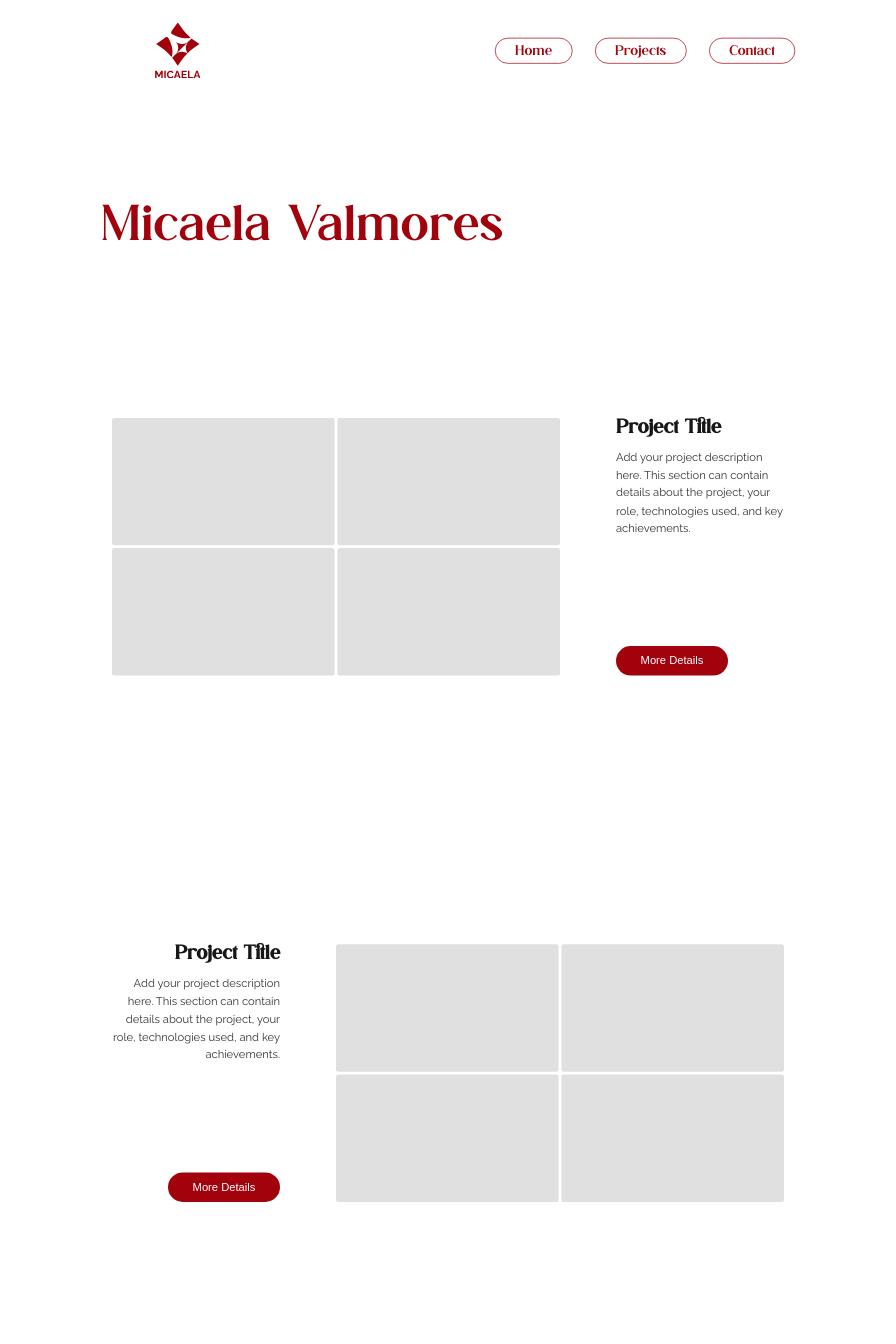
Repository: Micaelavalmores/Micaela-Portfolio
Page: /home-page
An editor plug-in stored every save of this project. The page is shown before and after a run of saves, followed by the edit.
The browser window is 1280 px wide. The pictures show the part of the page from y = 0 to 1920 px (the page is 3429 px tall), at 70% of full size.
The project was rebuilt for these pictures with package versions that can differ from the ones it lists, and the page was loaded fresh each time. The framework's server and built-in components were replaced by stand-ins that run in the browser. Also part of the build but not shown: next.config.mjs.

Above is the page before, as saved 2026-01-27 12:53:17.

### app/layout.js

import { Geist } from "next/font/google";
import { Raleway } from "next/font/google";
import "./globals.css";

const geistSans = Geist({
  variable: "--font-geist-sans",
  subsets: ["latin"],
});

const raleway = Raleway({
  variable: "--font-raleway",
  subsets: ["latin"],
});



export const metadata = {
  title: "Micaela Valmores",
  description: "Generated by create next app",
  icons: {
    icon: "/logos/micaela-logo.svg",
  },
};

export default function RootLayout({ children }) {
  return (
    <html lang="en">
      <body className={`${raleway.variable}`}>
        {children}
      </body>
    </html>
  );
}

### app/home-page/page.js
import Link from 'next/link'
import styles from '../page.module.css'
import FtProj from '../components/FtProj'
import Navbar from '../components/Navbar'

export default function HomePage() {
  return (
    <main className={styles.page}>
      <nav className='Nav-bar'>
        </nav>
      <Navbar />
      <div className={styles['intro-sec']}>
        <h1>Micaela Valmores</h1>
      </div>
      <div className={styles['Proj-sec']}>
        <FtProj reversed={false}/>
        <FtProj reversed={true} />
        <FtProj reversed={false}/>
        <FtProj reversed={true} />
      </div>
    </main>
  )
}

### app/globals.css
:root {
  --background: #ffffff;
  --foreground: #171717;
  --font-ghaista: 'Ghaista', var(--font-raleway);
}

@font-face {
  font-family: 'Ghaista';
  src: url('/fonts/Ghaitsa.ttf') format('truetype');
  font-weight: 400;
  font-style: normal;
  font-display: swap;
}

@media (prefers-color-scheme: dark) {
  :root {
    --background: #0a0a0a;
    --foreground: #ffffff;
  }
}

html,
body {
  max-width: 100vw;
  overflow-x: hidden;
}

body {
  color: var(--foreground);
  background: var(--background);
  font-family: var(--font-raleway);
  -webkit-font-smoothing: antialiased;
  -moz-osx-font-smoothing: grayscale;
}

* {
  box-sizing: border-box;
  padding: 0;
  margin: 0;
}

a {
  color: inherit;
  text-decoration: none;
}

@media (prefers-color-scheme: dark) {
  html {
    color-scheme: dark;
  }
}

/* Horizontal page margins */
body {
  margin-left: 10rem;
  margin-right: 10rem;
}

/* Tablet: screens between iPhone and iPad */
@media (min-width: 430px) and (max-width: 1024px) {
  body {
    margin-left: 4rem;
    margin-right: 4rem;
  }
}

/* iPad Pro 13in — reduce margins to 7rem */
@media (min-width: 1024px) and (max-width: 1366px) {
  body {
    margin-left: 7rem;
    margin-right: 7rem;
  }
}

/* Mobile horizontal margins: any width smaller than 430px */
@media (max-width: 430px) {
  body {
    margin-left: 3rem;
    margin-right: 3rem;
  }
}

### app/page.module.css
.page {
  --background: #ffffff;
  --foreground: #fff;

  --text-primary: #000;
  --text-secondary: #666;



  display: grid;
  grid-template-columns: 1fr;
  min-height: 100vh;
  font-family: var(--font-geist-sans);
  background-color: var(--background);
}

.Proj-sec {
  display: flex;
  flex-direction: column;
  align-items: center;
  gap: 2rem;
  padding: 2rem 0;
  background-color: #ffff;
}

.intro-sec {
  display: flex;
  flex-direction: row;
  align-items: start;
  gap: 1rem;
  padding: 2rem;
  background-color: #ffff;
}

.intro-sec h1 {
  font-size: 4.5rem;
  font-weight: 500;
  margin: 0;
  padding: 7rem 0 0;
  font-family: ghaista;
  color: #A2020C;
}

.main {
  display: flex;
  min-height: 100vh;
  width: 100%;
  max-width: 800px;
  flex-direction: column;
  align-items: flex-start;
  justify-content: space-between;
  background-color: var(--foreground);
  padding: 120px 60px;
}

.intro {
  display: flex;
  flex-direction: column;
  align-items: flex-start;
  text-align: left;
  gap: 24px;
}

.intro h1 {
  max-width: 320px;
  font-size: 40px;
  font-weight: 600;
  line-height: 48px;
  letter-spacing: -2.4px;
  text-wrap: balance;
  color: var(--text-primary);
}

.intro p {
  max-width: 440px;
  font-size: 18px;
  line-height: 32px;
  text-wrap: balance;
  color: var(--text-secondary);
}

.intro a {
  font-weight: 500;
  color: var(--text-primary);
}

.ctas {
  display: flex;
  flex-direction: row;
  width: 100%;
  max-width: 440px;
  gap: 16px;
  font-size: 14px;
}

.ctas a {
  display: flex;
  justify-content: center;
  align-items: center;
  height: 40px;
  padding: 0 16px;
  border-radius: 128px;
  border: 1px solid transparent;
  transition: 0.2s;
  cursor: pointer;
  width: fit-content;
  font-weight: 500;
}

a.primary {
  background: var(--text-primary);
  color: var(--background);
  gap: 8px;
}

a.secondary {
  border-color: var(--button-secondary-border);
}

/* Enable hover only on non-touch devices */
@media (hover: hover) and (pointer: fine) {
  a.primary:hover {
    background: var(--button-primary-hover);
    border-color: transparent;
  }

  a.secondary:hover {
    background: var(--button-secondary-hover);
    border-color: transparent;
  }
}

@media (max-width: 600px) {
  .main {
    padding: 48px 24px;
  }

  .intro {
    gap: 16px;
  }

  .intro h1 {
    font-size: 32px;
    line-height: 40px;
    letter-spacing: -1.92px;
  }
}

@media (prefers-color-scheme: dark) {
  .logo {
    filter: invert();
  }

  .page {
    --background: #000;
    --foreground: #000;

    --text-primary: #ededed;
    --text-secondary: #999;

    --button-primary-hover: #ccc;
    --button-secondary-hover: #1a1a1a;
    --button-secondary-border: #1a1a1a;
  }
}

### app/components/FtProj.js
'use client';

import styles from './FtProj.module.css';

/*
  HOW TO USE:
  The FtProj component has two layout states controlled by the reversed prop:
  1. Default (reversed={false}): Images on left, text on right (left-justified)
  2. Reversed (reversed={true}): Text on left (right-justified), images on right

  Layout changes can only be controlled in the backend by passing the reversed prop.
  Users cannot change the layout.

  Usage examples:
  <FtProj /> - Standard layout
  <FtProj reversed={true} /> - Reversed layout
*/

export default function FtProj({ reversed = false }) {
  return (
    <div className={`${styles.container} ${reversed ? styles.reversed : ''}`}>
      {/* Left Column - Text (if reversed) / Images (if standard) */}
      {!reversed ? (
        // Standard: Images on left
        <div className={styles.imagesColumn}>
          <div className={styles.imagePlaceholder}></div>
          <div className={styles.imagePlaceholder}></div>
          <div className={styles.imagePlaceholder}></div>
          <div className={styles.imagePlaceholder}></div>
        </div>
      ) : (
        // Reversed: Text on left
        <div className={styles.textColumn}>
          <div className={styles.textContent}>
            <h2>Project Title</h2>
            <p>Add your project description here. This section can contain details about the project, your role, technologies used, and key achievements.</p>
          </div>
          <button className={styles.projectButton}>More Details</button>
        </div>
      )}

      {/* Right Column - Text (if standard) / Images (if reversed) */}
      {!reversed ? (
        // Standard: Text on right
        <div className={styles.textColumn}>
          <div className={styles.textContent}>
            <h2>Project Title</h2>
            <p>Add your project description here. This section can contain details about the project, your role, technologies used, and key achievements.</p>
          </div>
          <button className={styles.projectButton}>More Details</button>
        </div>
      ) : (
        // Reversed: Images on right
        <div className={styles.imagesColumn}>
          <div className={styles.imagePlaceholder}></div>
          <div className={styles.imagePlaceholder}></div>
          <div className={styles.imagePlaceholder}></div>
          <div className={styles.imagePlaceholder}></div>
        </div>
      )}
    </div>
  );
}

### app/components/Navbar.js
import Link from "next/link";
import Image from "next/image";
import styles from "./Navbar.module.css";

export default function Navbar() {
  return (
    <nav className={styles.navbar}>
      <Link href="/" className={styles.logoContainer}>
        <Image
          src="/logos/logo-name.svg"
          alt="Micaela Valmores"
          width={220}
          height={80}
          priority
        />
      </Link>

      <ul className={styles.navLinks}>
        <li>
          <Link href="/">Home</Link>
        </li>
        <li>
          <Link href="/projects-page">Projects</Link>
        </li>
        <li>
          <Link href="/contact">Contact</Link>
        </li>
      </ul>
    </nav>
  );
}

### app/components/FtProj.module.css
.container {
  width: 60rem;
  height: 25rem;
  display: grid;
  grid-template-columns: 1fr 1fr;
  gap: 5rem;
  padding: 1rem 0;
  margin: 10rem 0;
}

.container.reversed {
  grid-template-columns: 1fr 1fr;
}

.reversed .textContent {
  text-align: right;
}

.reversed .textColumn {
  text-align: right;
}

.reversed .projectButton {
  justify-self: end;
}

.imagesColumn {
  display: grid;
  grid-template-columns: 1fr 1fr;
  gap: 0.2rem;
  width: 40rem;
}

.imagePlaceholder {
  width: 100%;
  height: 100%;
  background-color: #e0e0e0;
  border-radius: 0.2rem;
}

.textColumn {
  display: grid;
  grid-template-rows: 1fr auto;
  gap: 2rem;
}

.textContent {
  display: flex;
  flex-direction: column;
}

.textColumn h2 {
  margin: 0 0 1rem 0;
  font-size: 1.75rem;
  font-family: ghaista;
}

.textColumn p {
  margin: 0;
  line-height: 1.6;
  color: #333;
  font-size: 1rem;
}

.projectButton {
  align-self: start;
  width: 10rem;
  padding: 0.75rem 1.5rem;
  background-color: #A2020C;
  color: #fff;
  border: none;
  border-radius: 5rem;
  font-size: 1rem;
  cursor: pointer;
}

.projectButton:hover {
  background-color: #b62d36;
}

### app/components/Navbar.module.css
.navbar {
  display: flex;
  justify-content: space-between;
  width: 100%;
  align-items: center;
  padding: 2rem 2rem;
  background-color: #ffffff;
  position: sticky;
  top: 0;
  z-index: 1000;
}

.logoContainer {
  display: flex;
  justify-self: start;
}

.logoContainer:hover {
  opacity: 0.8;
}

.navLinks {
  display: flex;
  gap: 2rem;
  list-style: none;
  margin: 0;
  padding: 0;
  align-items: center;
}

.navLinks li {
  margin: 0;
}

.navLinks a {
  text-decoration: none;
  color: #A2020C;
  font-size: 1.25rem;
  font-weight: 500;
  transition: color 0.3s ease;
  position: relative;
  border: solid 1px #A2020C;
  border-radius: 3rem;
  padding: 0.50rem 1.75rem;
  font-family: ghaista;
}

.navLinks a:hover {
  color: #0070f3;
}



.navLinks a:hover::after {
  width: 100%;
}

/* Responsive design */
/* @media (max-width: 768px) {
  .navbar {
    padding: 1rem 1.5rem;
  }

  .navLinks {
    gap: 1.5rem;
  }

  .navLinks a {
    font-size: 0.9rem;
  }
} */

/* @media (max-width: 480px) {
  .navbar {
    padding: 0.75rem 1rem;
  }

  .navLinks {
    gap: 1rem;
  }

  .navLinks a {
    font-size: 0.85rem;
  }
} */

After the next 3 saves:
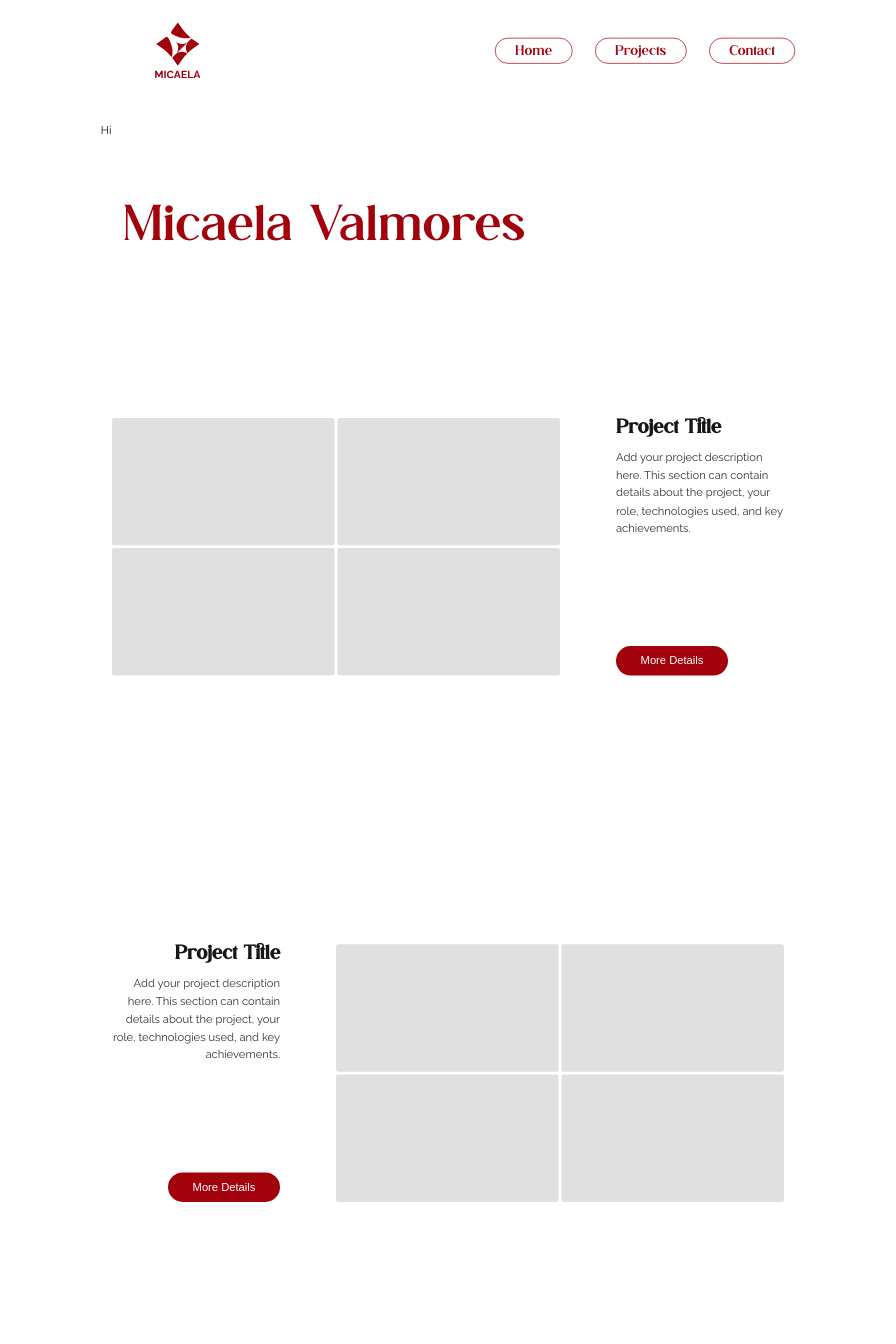
The 3 saves are shown as one change because they came seconds apart.
The last was saved 14 s later.
--- a/app/home-page/page.js
+++ b/app/home-page/page.js
@@ -10,6 +10,7 @@ export default function HomePage() {
         </nav>
       <Navbar />
       <div className={styles['intro-sec']}>
+        <p>Hi</p>
         <h1>Micaela Valmores</h1>
       </div>
       <div className={styles['Proj-sec']}>
